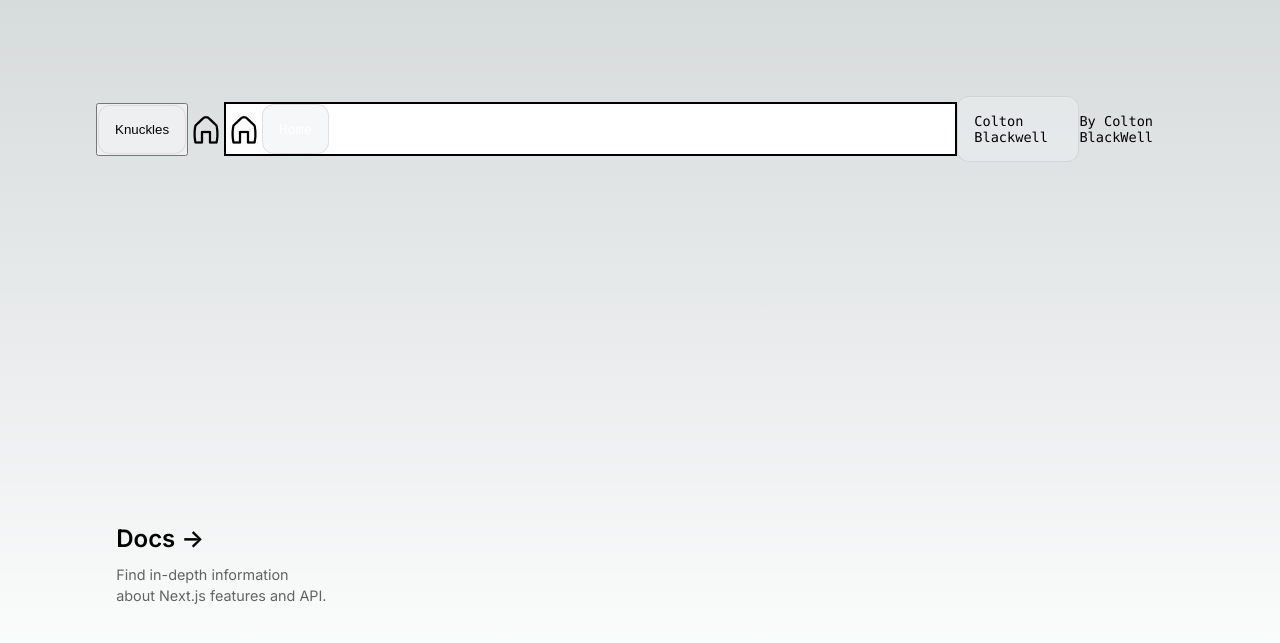
Repository: coltonBlackwell/Music_Quiz
Page: /
These files come from the project's save history. The page is drawn as it stood at one moment and after the next save; the edit follows.
The browser window is 1280 px wide. The pictures show the whole page.
The project was rebuilt for these pictures with package versions that can differ from the ones it lists, and the page was loaded fresh each time. The framework's server and built-in components were replaced by stand-ins that run in the browser. Also part of the build but not shown: next.config.mjs.

Above is the page before, as saved 2024-06-30 14:34:23.

### src/app/page.tsx
import Image from "next/image";
import styles from "./page.module.css";
import Retake from "../../components/atoms/retake_Button"
import HomeIcon from "../../components/atoms/icon_home"
import HomeIconNav from "../../components/molecules/icon_home_Navigation"

export default function Home() {
  return (
    <main className={styles.main}>
      <div className={styles.description}>
      <Retake/>
          <HomeIcon/>
          <HomeIconNav/>
        <p>
          Colton Blackwell
        </p>
        <div>
          <a
            href="https://vercel.com?utm_source=create-next-app&utm_medium=appdir-template&utm_campaign=create-next-app"
            target="_blank"
            rel="noopener noreferrer"
          >
            By Colton BlackWell
          </a>
        </div>
      </div>


      <div className={styles.grid}>
        <a
          href="https://nextjs.org/docs?utm_source=create-next-app&utm_medium=appdir-template&utm_campaign=create-next-app"
          className={styles.card}
          target="_blank"
          rel="noopener noreferrer"
        >
          <h2>
            Docs <span>-&gt;</span>
          </h2>
          <p>Find in-depth information about Next.js features and API.</p>
        </a>
      </div>
    </main>
  );
}

### src/app/globals.css
:root {
  --max-width: 1200px;
  --border-radius: 12px;
  --font-mono: ui-monospace, Menlo, Monaco, "Cascadia Mono", "Segoe UI Mono",
    "Roboto Mono", "Oxygen Mono", "Ubuntu Monospace", "Source Code Pro",
    "Fira Mono", "Droid Sans Mono", "Courier New", monospace;

  --foreground-rgb: 0, 0, 0;
  --background-start-rgb: 214, 219, 220;
  --background-end-rgb: 255, 255, 255;

  --primary-glow: conic-gradient(
    from 180deg at 50% 50%,
    #16abff33 0deg,
    #0885ff33 55deg,
    #54d6ff33 120deg,
    #0071ff33 160deg,
    transparent 360deg
  );
  --secondary-glow: radial-gradient(
    rgba(255, 255, 255, 1),
    rgba(255, 255, 255, 0)
  );

  --tile-start-rgb: 239, 245, 249;
  --tile-end-rgb: 228, 232, 233;
  --tile-border: conic-gradient(
    #00000080,
    #00000040,
    #00000030,
    #00000020,
    #00000010,
    #00000010,
    #00000080
  );

  --callout-rgb: 238, 240, 241;
  --callout-border-rgb: 172, 175, 176;
  --card-rgb: 180, 185, 188;
  --card-border-rgb: 131, 134, 135;
}

@media (prefers-color-scheme: dark) {
  :root {
    --foreground-rgb: 255, 255, 255;
    --background-start-rgb: 0, 0, 0;
    --background-end-rgb: 0, 0, 0;

    --primary-glow: radial-gradient(rgba(1, 65, 255, 0.4), rgba(1, 65, 255, 0));
    --secondary-glow: linear-gradient(
      to bottom right,
      rgba(1, 65, 255, 0),
      rgba(1, 65, 255, 0),
      rgba(1, 65, 255, 0.3)
    );

    --tile-start-rgb: 2, 13, 46;
    --tile-end-rgb: 2, 5, 19;
    --tile-border: conic-gradient(
      #ffffff80,
      #ffffff40,
      #ffffff30,
      #ffffff20,
      #ffffff10,
      #ffffff10,
      #ffffff80
    );

    --callout-rgb: 20, 20, 20;
    --callout-border-rgb: 108, 108, 108;
    --card-rgb: 100, 100, 100;
    --card-border-rgb: 200, 200, 200;
  }
}

* {
  box-sizing: border-box;
  padding: 0;
  margin: 0;
}

html,
body {
  max-width: 100vw;
  overflow-x: hidden;
}

body {
  color: rgb(var(--foreground-rgb));
  background: linear-gradient(
      to bottom,
      transparent,
      rgb(var(--background-end-rgb))
    )
    rgb(var(--background-start-rgb));
}

a {
  color: inherit;
  text-decoration: none;
}

@media (prefers-color-scheme: dark) {
  html {
    color-scheme: dark;
  }
}

### components/atoms/retake_Button.tsx
export default function Retake_Button(){
    return(
        <button>
            <p>Knuckles</p>
        </button>
    );
}

### components/atoms/icon_home.tsx
import Image from "next/image";
import IconHome from "../../public/home.png"

export default function Icon_Home(){
    return(
        <Image src={IconHome} alt="home"/>
    );
}

### components/molecules/icon_home_Navigation.tsx
import Image from "next/image";
import HomeIcon from "../../components/atoms/icon_home"

export default function Icon_Home_Navigation(){
    return(
        <div style={{ border: '2px solid black', width: '100%', backgroundColor: "white", color:"white", display:"flex", flexDirection:'row', alignItems:'center' }}>
            <HomeIcon />
            <p>Home</p>
        </div>
    );
}

Loaded but not shown: src/app/layout.tsx (common file); src/app/page.module.css (common file)

After the next save:
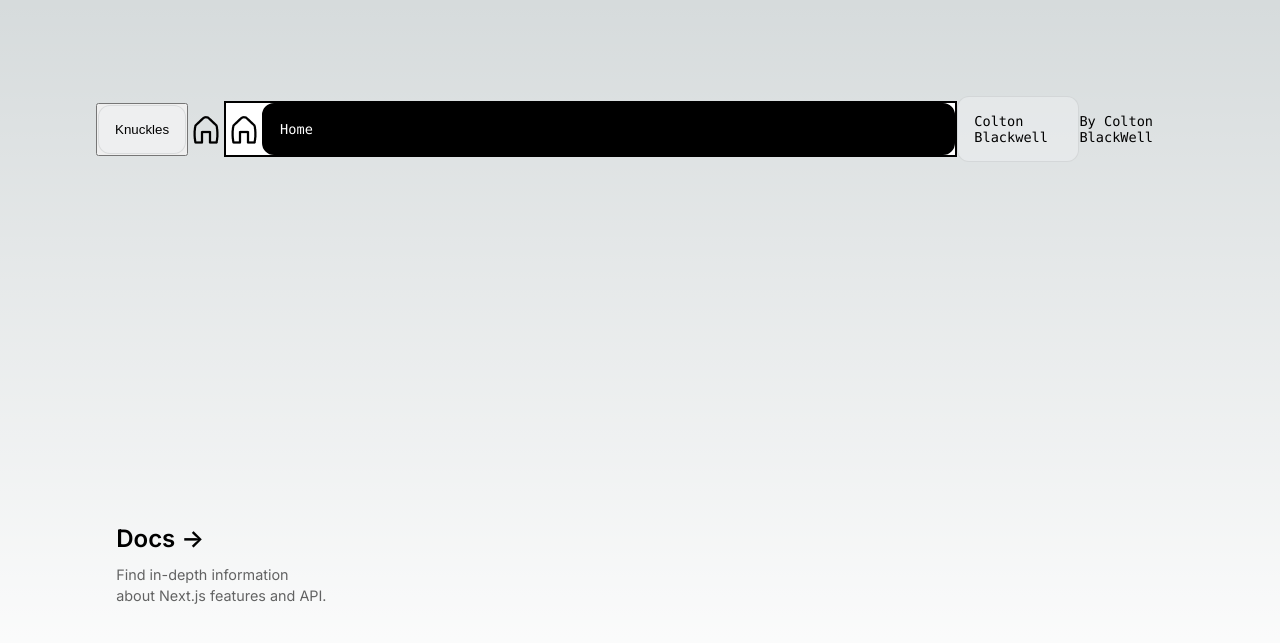
Saved 49 s later.
--- a/components/molecules/icon_home_Navigation.tsx
+++ b/components/molecules/icon_home_Navigation.tsx
@@ -5,7 +5,7 @@ export default function Icon_Home_Navigation(){
     return(
         <div style={{ border: '2px solid black', width: '100%', backgroundColor: "white", color:"white", display:"flex", flexDirection:'row', alignItems:'center' }}>
             <HomeIcon />
-            <p>Home</p>
+            <p style={{ border: '2px solid black', width: '100%', backgroundColor:"black"}}>Home</p>
         </div>
     );
 }
